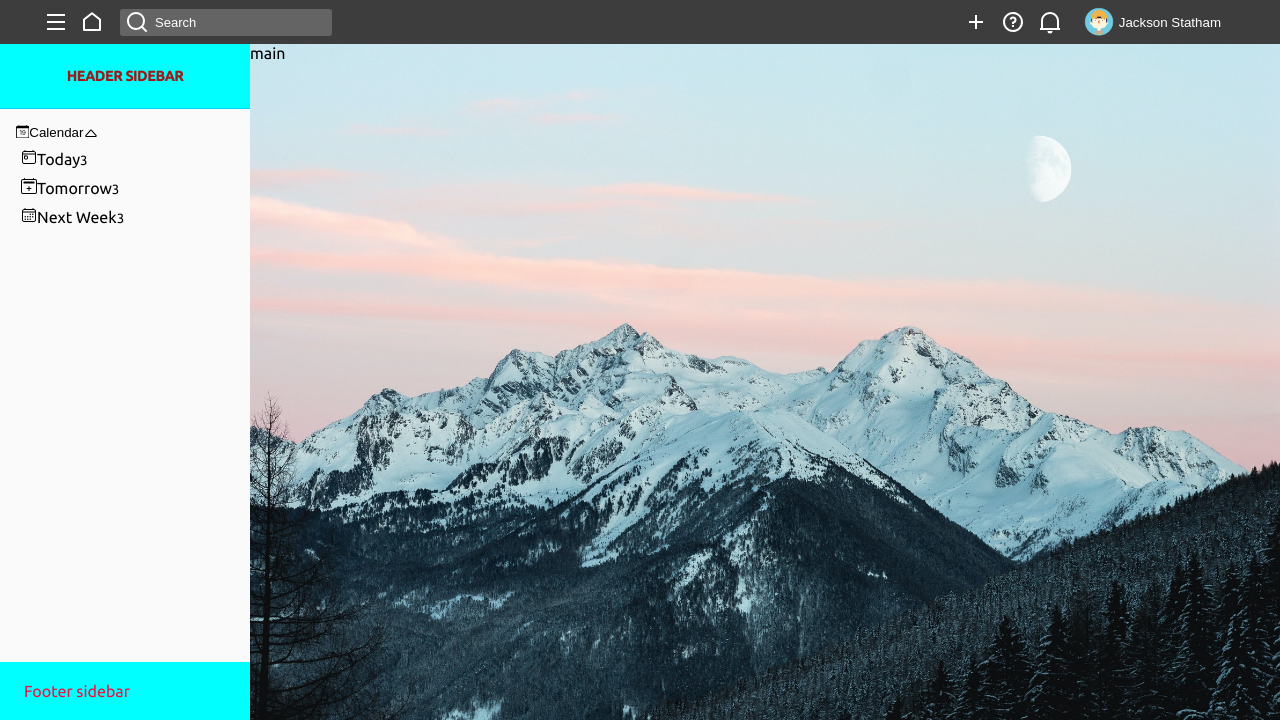
Repository: huuthe1999/to-do-list
Page: /
An editor plug-in stored every save of this project. The page is shown before and after the next save, followed by the edit.
The browser window is 1280 px wide. The pictures show the whole page.
The project was rebuilt for these pictures with package versions that can differ from the ones it lists, and the page was loaded fresh each time. Also part of the build but not shown: src/components/form/addForm/addForm.scss, src/components/form/addForm/AddForm.js, src/components/modal/modal.scss, src/components/modal/Modal.js.

Above is the page before, as saved 2022-02-17 14:37:54.

### public/index.html
<!DOCTYPE html>
<html lang="en">
	<head>
		<meta charset="utf-8" />
		<link rel="icon" href="%PUBLIC_URL%/favicon.ico" />
		<meta name="viewport" content="width=device-width, initial-scale=1" />
		<meta name="theme-color" content="#000000" />
		<meta
			name="description"
			content="Web site created using create-react-app"
		/>
		<link rel="apple-touch-icon" href="%PUBLIC_URL%/logo192.png" />
		<!--
      manifest.json provides metadata used when your web app is installed on a
      user's mobile device or desktop. See https://developers.google.com/web/fundamentals/web-app-manifest/
    -->
		<link rel="manifest" href="%PUBLIC_URL%/manifest.json" />
		<!--
      Notice the use of %PUBLIC_URL% in the tags above.
      It will be replaced with the URL of the `public` folder during the build.
      Only files inside the `public` folder can be referenced from the HTML.

      Unlike "/favicon.ico" or "favicon.ico", "%PUBLIC_URL%/favicon.ico" will
      work correctly both with client-side routing and a non-root public URL.
      Learn how to configure a non-root public URL by running `npm run build`.
    -->
		<title>React Redux App</title>
	</head>
	<body>
		<noscript>You need to enable JavaScript to run this app.</noscript>
		<div id="modal"></div>
		<div id="root"></div>
		<!--
      This HTML file is a template.
      If you open it directly in the browser, you will see an empty page.

      You can add webfonts, meta tags, or analytics to this file.
      The build step will place the bundled scripts into the <body> tag.

      To begin the development, run `npm start` or `yarn start`.
      To create a production bundle, use `npm run build` or `yarn build`.
    --></body>
</html>

### src/index.js
import React from 'react';
import ReactDOM from 'react-dom';
import { Provider } from 'react-redux';
import App from './App';
import { store } from './app/store';

ReactDOM.render(
	<React.StrictMode>
		<Provider store={store}>
			<App />
		</Provider>
	</React.StrictMode>,
	document.getElementById('root'),
);

### src/App.js
import React from 'react';
// import { Counter } from './features/counter/Counter';
import './App.scss';
import Main from './components/main/Main';
import SideBar from './components/sideBar/SideBar';
import TopBar from './components/topBar/TopBar';
function App() {
	return (
		<div className='app'>
			<TopBar />
			<div className='container'>
				<SideBar />
				<Main />
			</div>
		</div>
	);
}

export default App;

### src/App.scss
@import url('https://fonts.googleapis.com/css2?family=Ubuntu:wght@300;400;500&display=swap');
*,
*::before,
*::after {
	margin: 0;
	padding: 0;
	box-sizing: border-box;
}

:root {
	--icon-color: #fff;
	--icon-size: 40px;

	--bg: rgb(53, 42, 42);
	--bg-input: hsla(0, 0%, 100%, 0.2);
	// Header
	--hd-text-color: #ffffff;
	--hd-icon-color-hover: #202020;
}

.app {
	font-family: 'Ubuntu', sans-serif;
	font-size: 16px;
	width: 100vw;
	height: 100vh;
	background-color: var(--bg);
	overflow: hidden;
}

.container {
	display: flex;
	height: calc(100% - 44px);
}

button {
	border: none;
	outline: none;
	cursor: pointer;
	background-color: transparent;
}

a {
	text-decoration: none;
}

ul {
	list-style-type: none;
}

### src/components/main/Main.js
import './main.scss';

const Main = () => {
	return <div className='main'>main</div>;
};

export default Main;

### src/components/sideBar/SideBar.js
import Calendar from '../calendar/Calendar';
import './sideBar.scss';

const SideBar = () => {
	return (
		<div className='sidebar'>
			<div className='sidebar__inner'>
				<div className='sidebar__layout'>
					<div className='sidebar__layout-header'>
						<p>Header sidebar</p>
					</div>
					<div className='sidebar__layout-content'>
						<Calendar />
					</div>
					<div className='sidebar__layout-footer'>Footer sidebar</div>
				</div>
			</div>
		</div>
	);
};

export default SideBar;

### src/components/topBar/TopBar.js
import { useState } from 'react';
import {
	RiAddLine,
	RiHomeLine,
	RiMenuLine,
	RiNotification2Line,
	RiQuestionLine,
	RiSearchLine,
} from 'react-icons/ri';
import Avatar from '../../assets/images/avatar.png';
import AddForm from '../form/addForm/AddForm';
import Modal from '../modal/Modal';
import './topbar.scss';
const TopBar = () => {
	const [modal, setShowModal] = useState(false);
	return (
		<header className='topbar'>
			<div className='topbar__inner'>
				<div className='topbar__inner-leftControl'>
					<button className='topbar__button leftControl'>
						<RiMenuLine className='topbar__button-icon' />
					</button>

					<button className='topbar__button leftControl'>
						<RiHomeLine className='topbar__button-icon' />
					</button>
					<div className='topbar__inner-leftControl-search'>
						<RiSearchLine className='topbar__button-icon topbar__button-icon-search' />
						<input type='text' placeholder='Search' />
					</div>
				</div>
				<div className='topbar__inner-rightControl'>
					<Modal showModal={modal} setShowModal={setShowModal}>
						<AddForm setShowModal={setShowModal} />
					</Modal>
					<button className='topbar__button rightControl'>
						<RiAddLine
							className='topbar__button-icon'
							onClick={() => setShowModal(true)}
						/>
					</button>
					<button className='topbar__button rightControl'>
						<RiQuestionLine className='topbar__button-icon' />
					</button>
					<button className='topbar__button rightControl'>
						<RiNotification2Line className='topbar__button-icon' />
					</button>
					<button className='topbar__button info'>
						<img src={Avatar} alt='avatar' />
						<p>Jackson Statham</p>
					</button>
				</div>
			</div>
		</header>
	);
};

export default TopBar;

### src/features/counter/counterSlice.js
import { createAsyncThunk, createSlice } from '@reduxjs/toolkit';
import { fetchCount } from './counterAPI';

const initialState = {
  value: 0,
  status: 'idle',
};

// The function below is called a thunk and allows us to perform async logic. It
// can be dispatched like a regular action: `dispatch(incrementAsync(10))`. This
// will call the thunk with the `dispatch` function as the first argument. Async
// code can then be executed and other actions can be dispatched. Thunks are
// typically used to make async requests.
export const incrementAsync = createAsyncThunk(
  'counter/fetchCount',
  async (amount) => {
    const response = await fetchCount(amount);
    // The value we return becomes the `fulfilled` action payload
    return response.data;
  }
);

export const counterSlice = createSlice({
  name: 'counter',
  initialState,
  // The `reducers` field lets us define reducers and generate associated actions
  reducers: {
    increment: (state) => {
      // Redux Toolkit allows us to write "mutating" logic in reducers. It
      // doesn't actually mutate the state because it uses the Immer library,
      // which detects changes to a "draft state" and produces a brand new
      // immutable state based off those changes
      state.value += 1;
    },
    decrement: (state) => {
      state.value -= 1;
    },
    // Use the PayloadAction type to declare the contents of `action.payload`
    incrementByAmount: (state, action) => {
      state.value += action.payload;
    },
  },
  // The `extraReducers` field lets the slice handle actions defined elsewhere,
  // including actions generated by createAsyncThunk or in other slices.
  extraReducers: (builder) => {
    builder
      .addCase(incrementAsync.pending, (state) => {
        state.status = 'loading';
      })
      .addCase(incrementAsync.fulfilled, (state, action) => {
        state.status = 'idle';
        state.value += action.payload;
      });
  },
});

export const { increment, decrement, incrementByAmount } = counterSlice.actions;

// The function below is called a selector and allows us to select a value from
// the state. Selectors can also be defined inline where they're used instead of
// in the slice file. For example: `useSelector((state: RootState) => state.counter.value)`
export const selectCount = (state) => state.counter.value;

// We can also write thunks by hand, which may contain both sync and async logic.
// Here's an example of conditionally dispatching actions based on current state.
export const incrementIfOdd = (amount) => (dispatch, getState) => {
  const currentValue = selectCount(getState());
  if (currentValue % 2 === 1) {
    dispatch(incrementByAmount(amount));
  }
};

export default counterSlice.reducer;

### src/components/main/main.scss
.main {
	width: 100%;
	height: 100%;
	background-image: url(../../assets/images/bg_main.jpg);
	background-repeat: no-repeat;
	background-size: cover;
	overflow-y: auto;
}

### src/components/calendar/Calendar.js
import React from 'react';
import { BsCalendar2Plus, BsCalendarDate, BsCaretUp } from 'react-icons/bs';
import { IoTodayOutline, IoCalendarOutline } from 'react-icons/io5';
import './calendar.scss';
import CalendarItem from './calendarItem/CalendarItem';
const calendarList = [
	{ id: 1, name: 'Today', icon: <IoTodayOutline /> },
	{ id: 2, name: 'Tomorrow', icon: <BsCalendar2Plus /> },
	{ id: 3, name: 'Next Week', icon: <IoCalendarOutline /> },
];
const Calendar = () => {
	return (
		<div className='calendar'>
			<div className='calendar__header'>
				<button className='calendar__header--title'>
					<BsCalendarDate />
					<p>Calendar</p>
				</button>
				<div className='calendar__header--expand'>
					<span>
						<BsCaretUp />
					</span>
				</div>
			</div>
			<div className='calendar__content'>
				<div className='calendar__content--wrapper'>
					<div className='calendar__content--wrapper--inner'>
						<ul className='calendar__content--list'>
							{calendarList.map(({ id, name, icon }) => (
								<CalendarItem
									key={id}
									name={name}
									icon={icon}
								/>
							))}
						</ul>
					</div>
				</div>
			</div>
		</div>
	);
};

export default Calendar;

### src/components/sideBar/sideBar.scss
.sidebar {
	position: relative;
	z-index: 109;
	height: 100%;
	background-color: aqua;
	min-width: 250px;
	width: 300px;
	transition: all 0.3s cubic-bezier(0.4, 0, 0.2, 1);

	&__inner {
		height: 100%;
		position: relative;
		z-index: 101;
	}

	&__layout {
		height: 100%;
		overflow-y: auto;
		overflow-x: hidden;
		display: flex;
		flex-direction: column;
		position: relative;
		z-index: 101;

		&-header {
			border-bottom: 1px solid rgba(8, 41, 228, 0.2);

			p {
				text-align: center;
				color: rgb(160, 25, 25);
				padding: 24px;
				font-weight: bold;
				font-size: 14px;
				text-transform: uppercase;
			}
		}

		&-content {
			flex-grow: 1;
			padding: 1rem 0.5rem 1rem 1rem;
			background-color: #fafafa;
		}

		&-footer {
			padding: 20px 24px;
			color: rgb(245, 12, 62);
		}
	}
}

### src/components/topBar/topbar.scss
.topbar {
	display: flex;
	justify-content: center;
	align-items: center;
	background-color: #3d3d3d;
	flex-shrink: 0;
	padding: 0px 42px;
	font-size: 13px;
	color: #202020;
	height: 44px;

	&__inner {
		display: flex;
		justify-content: space-between;
		background-color: transparent;
		width: 100%;
		height: 100%;

		&-leftControl {
			display: flex;
			align-items: center;
			justify-content: flex-start;

			&-search {
				display: flex;
				align-items: center;
				position: relative;
				margin-left: 6px;

				&:hover {
					input {
						background-color: var(--hd-text-color);
						&::placeholder {
							color: var(--hd-icon-color-hover);
						}
					}
					* {
						color: var(--hd-icon-color-hover);
					}
				}

				input {
					font-size: 13px;
					color: var(--hd-text-color);
					background-color: var(--bg-input);
					outline: 0;
					border-radius: 3px;
					border: 1px solid transparent;
					padding: 5px 0 5px 34px;
					transition: all 0.15s cubic-bezier(0.4, 0, 0.2, 0.1);
					transition-property: background-color;

					&::placeholder {
						color: var(--hd-text-color);
					}
				}
			}
		}

		&-rightControl {
			display: flex;
			align-items: center;
			height: 44px;
			padding: 0px 12px;

			img {
				width: 100%;
				height: 100%;
			}
		}
	}

	&__button {
		display: flex;
		justify-content: center;
		align-items: center;
		border-radius: 3px;

		&:hover {
			background-color: var(--bg-input);
		}

		&.leftControl {
			height: 28px;
			min-width: 28px;
			margin-right: 8px;
		}

		&.rightControl {
			height: 32px;
			min-width: 32px;
			margin-left: 5px;
		}

		&.info {
			height: 100%;
			color: var(--hd-text-color);
			margin-left: 8px;
			padding: 0px 5px;
			img {
				width: 40px;
				height: 40px;
			}
		}
		&-icon {
			font-size: 24px;
			color: var(--icon-color);

			&-search {
				position: absolute;
				left: 5px;
				top: 50%;
				transform: translateY(-50%);
				color: var(--icon-color);
			}
		}
	}
}

### src/components/calendar/calendar.scss
.calendar {
	width: 100%;

	&__header {
		display: flex;

		&--title {
			display: flex;
		}
	}
	&__content {
		height: auto;

		&--wrapper {
			display: flex;

			&--inner {
				width: 100%;
			}
		}
	}
}

### src/components/calendar/calendarItem/CalendarItem.js
import './calendarItem.scss';
const CalendarItem = ({ name, icon }) => {
	return (
		<li className='calendar__content--item'>
			<span className='calendar__content--item-icon'>{icon}</span>
			<span className='calendar__content--item-content'>
				{name}
				<small>3</small>
			</span>
		</li>
	);
};

export default CalendarItem;

### src/components/calendar/calendarItem/calendarItem.scss
.calendar__content--item {
	border-radius: 5px;
	display: flex;
	align-items: center;
	padding: 5px 16px 5px 5px;
	cursor: pointer;
	background-color: transparent;

	&:hover {
		background: #ececec;
	}
}

Loaded but not shown: src/app/store.js (common file); src/features/counter/counterAPI.js (common file)

After the next save:
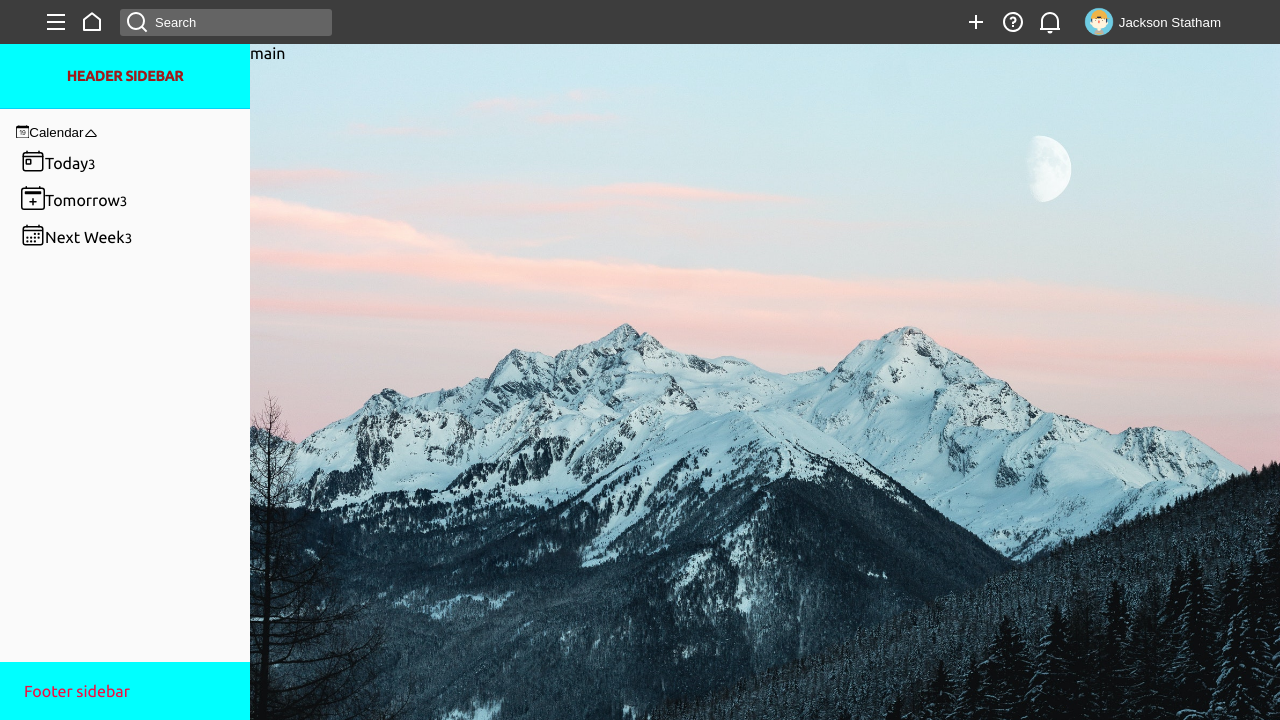
Saved 29 s later.
--- a/src/components/calendar/Calendar.js
+++ b/src/components/calendar/Calendar.js
@@ -4,9 +4,9 @@ import { IoTodayOutline, IoCalendarOutline } from 'react-icons/io5';
 import './calendar.scss';
 import CalendarItem from './calendarItem/CalendarItem';
 const calendarList = [
-	{ id: 1, name: 'Today', icon: <IoTodayOutline /> },
-	{ id: 2, name: 'Tomorrow', icon: <BsCalendar2Plus /> },
-	{ id: 3, name: 'Next Week', icon: <IoCalendarOutline /> },
+	{ id: 1, name: 'Today', icon: <IoTodayOutline size='24px' /> },
+	{ id: 2, name: 'Tomorrow', icon: <BsCalendar2Plus size='24px' /> },
+	{ id: 3, name: 'Next Week', icon: <IoCalendarOutline size='24px' /> },
 ];
 const Calendar = () => {
 	return (
